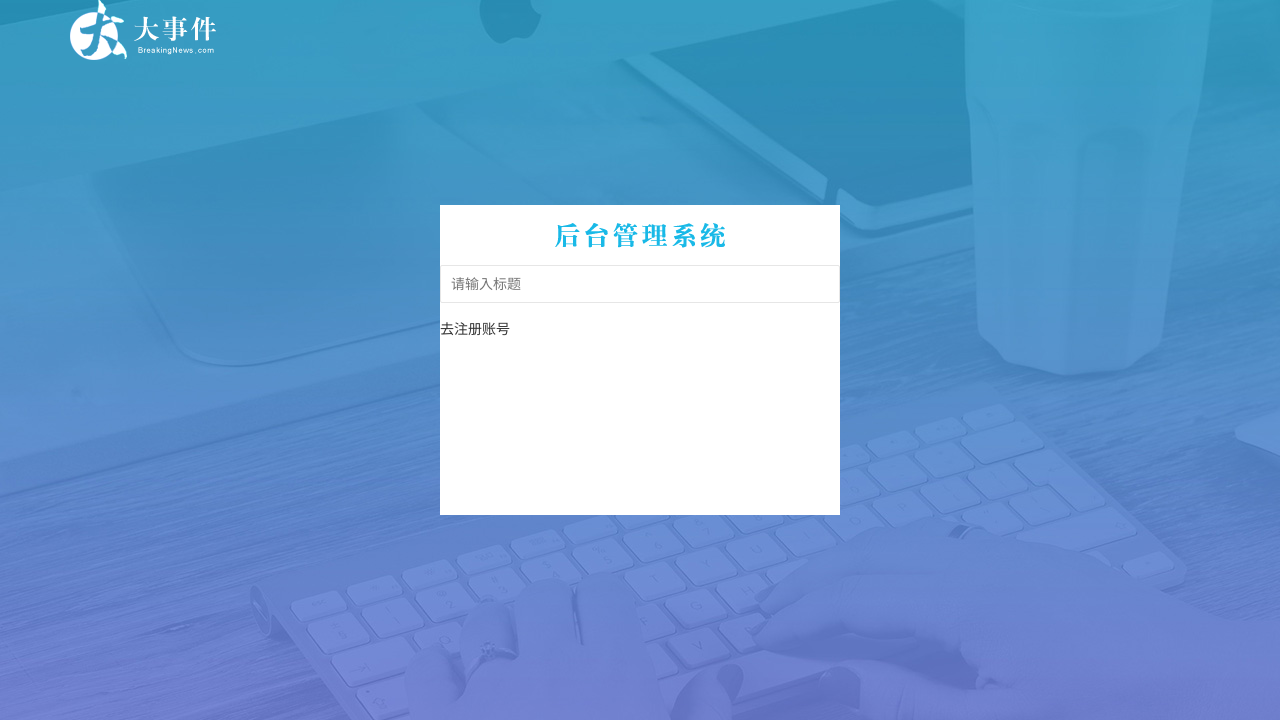
Repository: R1Deemo/Main-project
Page: login.html
The author's editor kept a copy of each file at every save. The page is drawn from the files as they stood at one save, then again after the next save.
The browser window is 1280 px wide. The pictures show the whole page.

Above is the page before, as saved 2022-10-28 19:59:54.

After the next save:
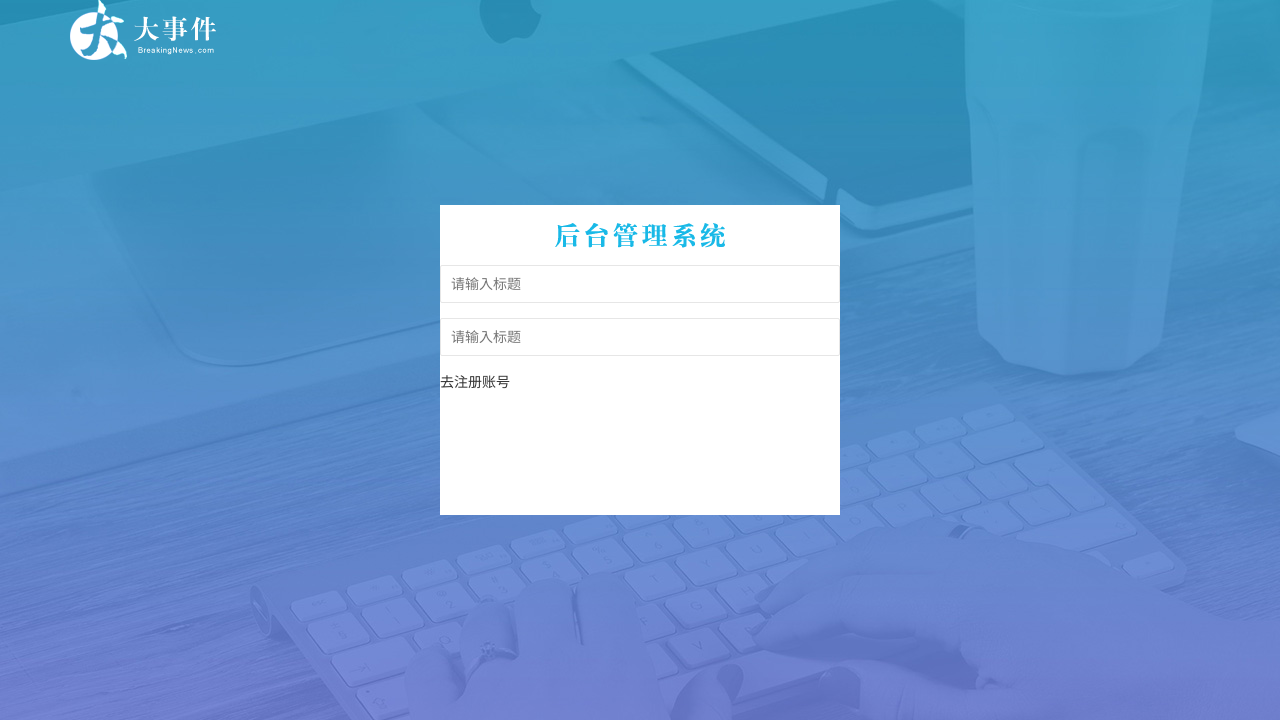
Saved 86 s later.
--- a/login.html
+++ b/login.html
@@ -20,12 +20,15 @@
         <div class="title-box"></div>
         <!-- 登录 -->
         <div class="login-box">
+            <!-- 登录的表单 -->
             <form class="layui-form" action="">
+                <!-- 第一个input -->
                 <div class="layui-form-item">
-
-
                     <input type="text" name="title" required lay-verify="required" placeholder="请输入标题" autocomplete="off" class="layui-input">
-
+                </div>
+                <!-- 第二个输入 -->
+                <div class="layui-form-item">
+                    <input type="text" name="title" required lay-verify="required" placeholder="请输入标题" autocomplete="off" class="layui-input">
                 </div>
             </form>
             <a href="javascript:;" id="link_reg">去注册账号</a>
